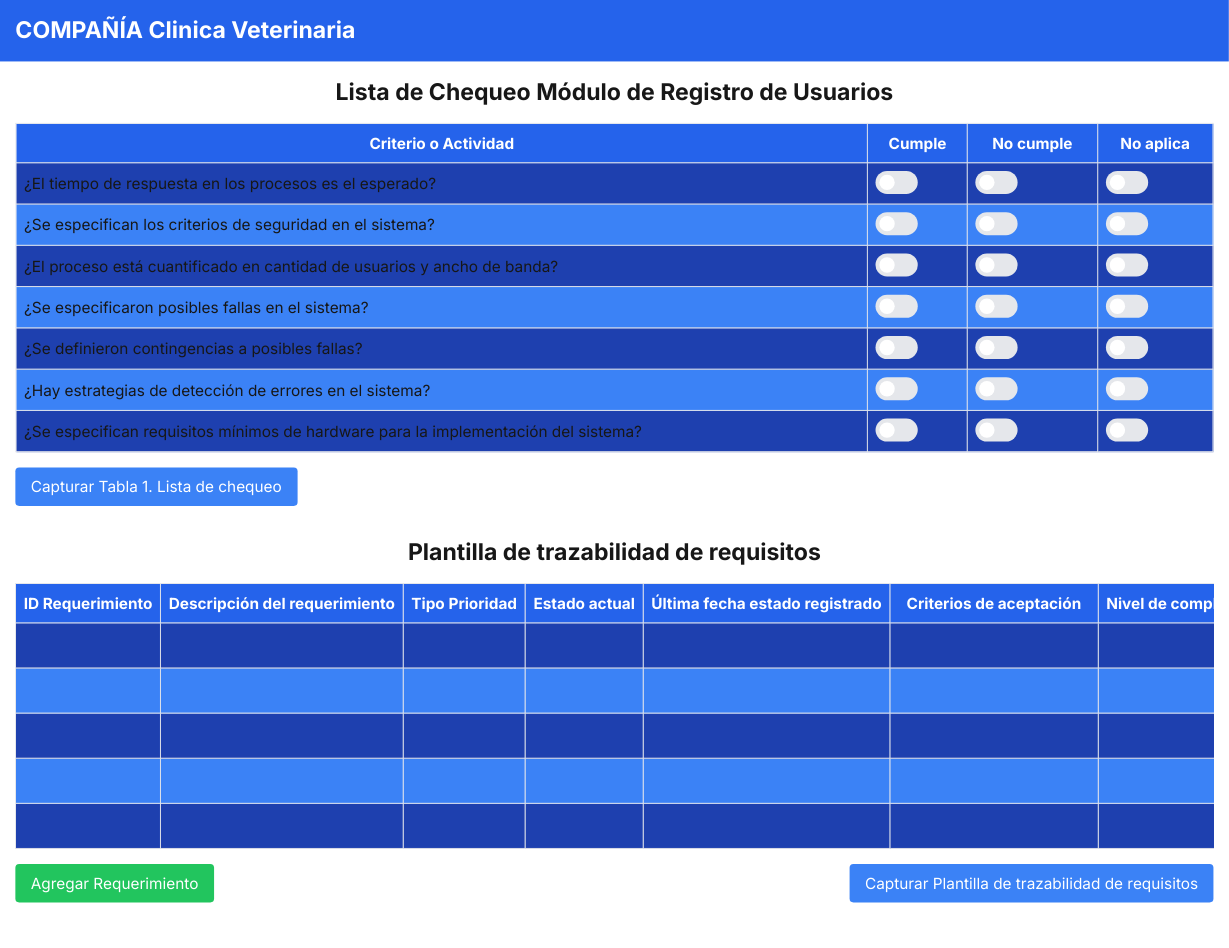
Repository: CiroAlfa/lista-de-Chequeo
Page: /
These files come from the project's save history. The page is drawn as it stood at one moment and after the next save; the edit follows.
The browser window is 1280 px wide. The pictures show the whole page, at 96% of full size.
The project was rebuilt for these pictures with package versions that can differ from the ones it lists, and the page was loaded fresh each time. The framework's server and built-in components were replaced by stand-ins that run in the browser. Also part of the build but not shown: next.config.mjs.

Above is the page before, as saved 2024-09-27 13:25:12.

After the next save:
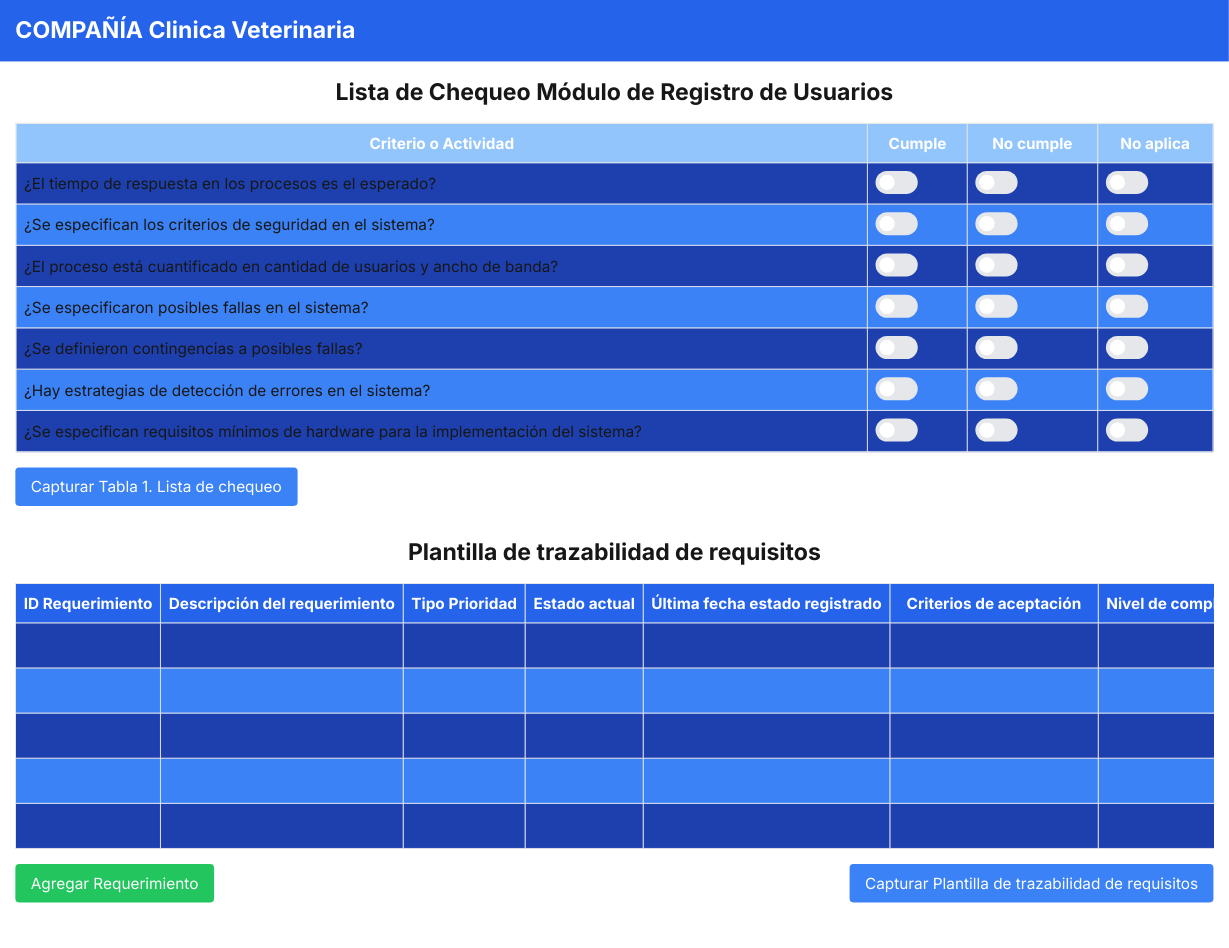
Saved 49 s later.
--- a/src/app/page.tsx
+++ b/src/app/page.tsx
@@ -106,7 +106,7 @@ export default function Home() {
         <h2 className="text-2xl font-bold mb-4 text-center">Lista de Chequeo Módulo de Registro de Usuarios</h2>
         <table className="w-full border-collapse">
           <thead>
-            <tr className="bg-blue-600 text-white">
+            <tr className="bg-blue-300 text-white">
               <th className="border p-2">Criterio o Actividad</th>
               <th className="border p-2">Cumple</th>
               <th className="border p-2">No cumple</th>
